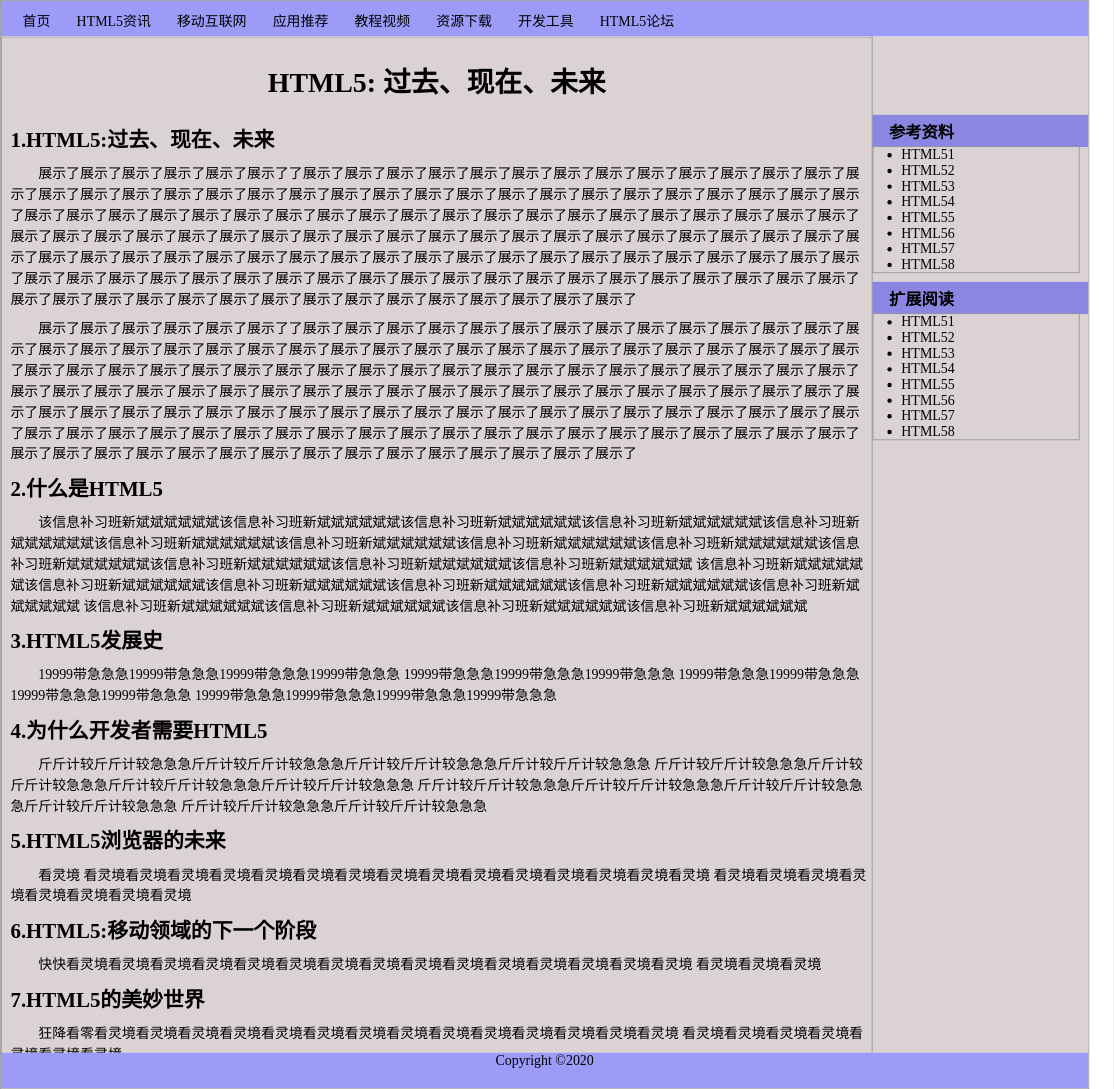
Repository: LstHeart/html-learning
Page: css/案例作业2.html
The author's editor kept a copy of each file at every save. The page is drawn from the files as they stood at one save, then again after the next save.
The browser window is 1280 px wide. The pictures show the whole page, at 87% of full size.

Above is the page before, as saved 2021-01-06 01:49:25.

After the next save:
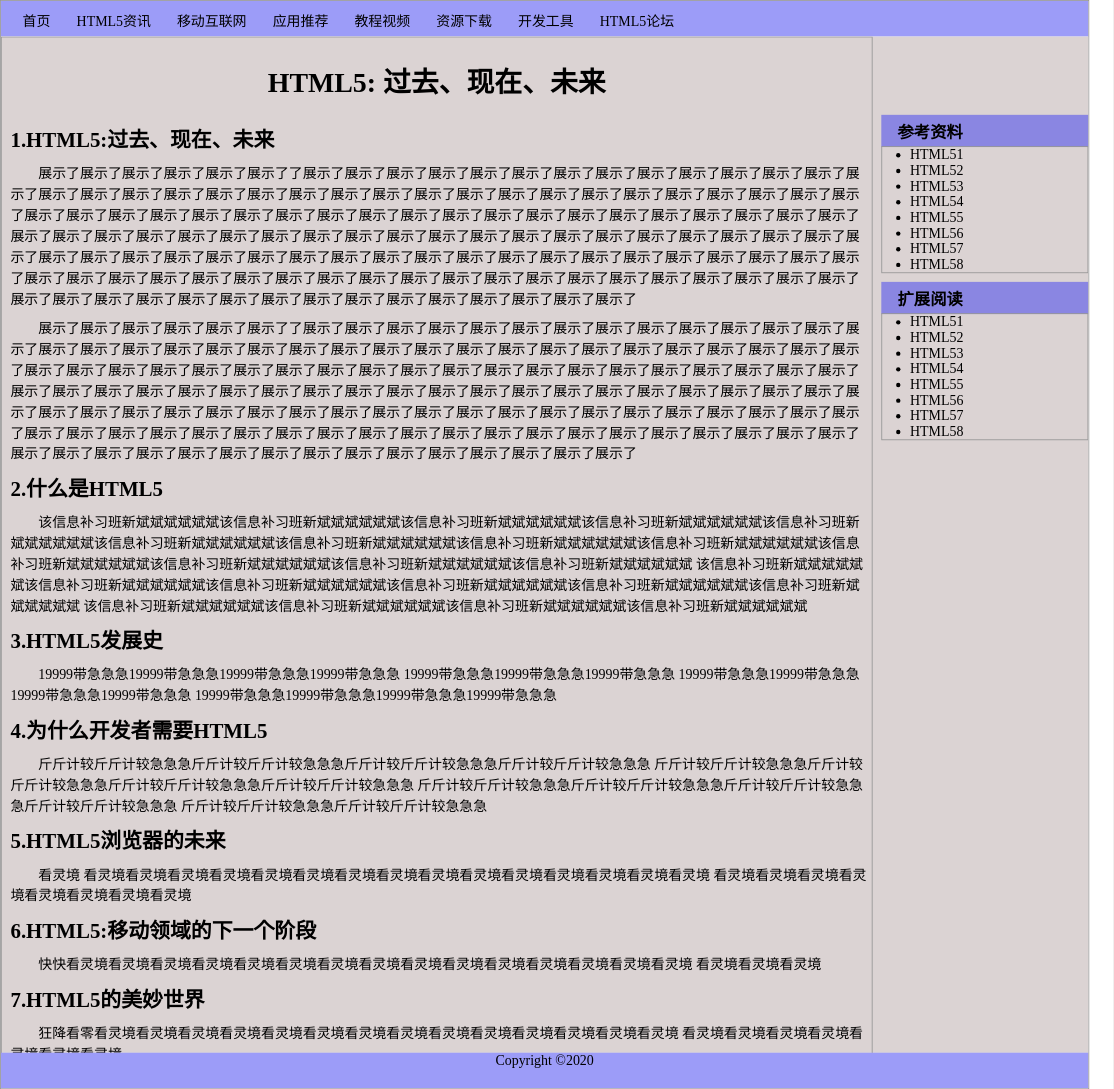
Saved 57 s later.
--- a/css/html5.css
+++ b/css/html5.css
@@ -63,7 +63,7 @@ a{
     /* line-height: 1; */
 }
 .content .rightside{
-    /* padding-left: 10px; */
+    padding-left: 10px;
     width: 238px;
     margin-top: 90px;
 }
